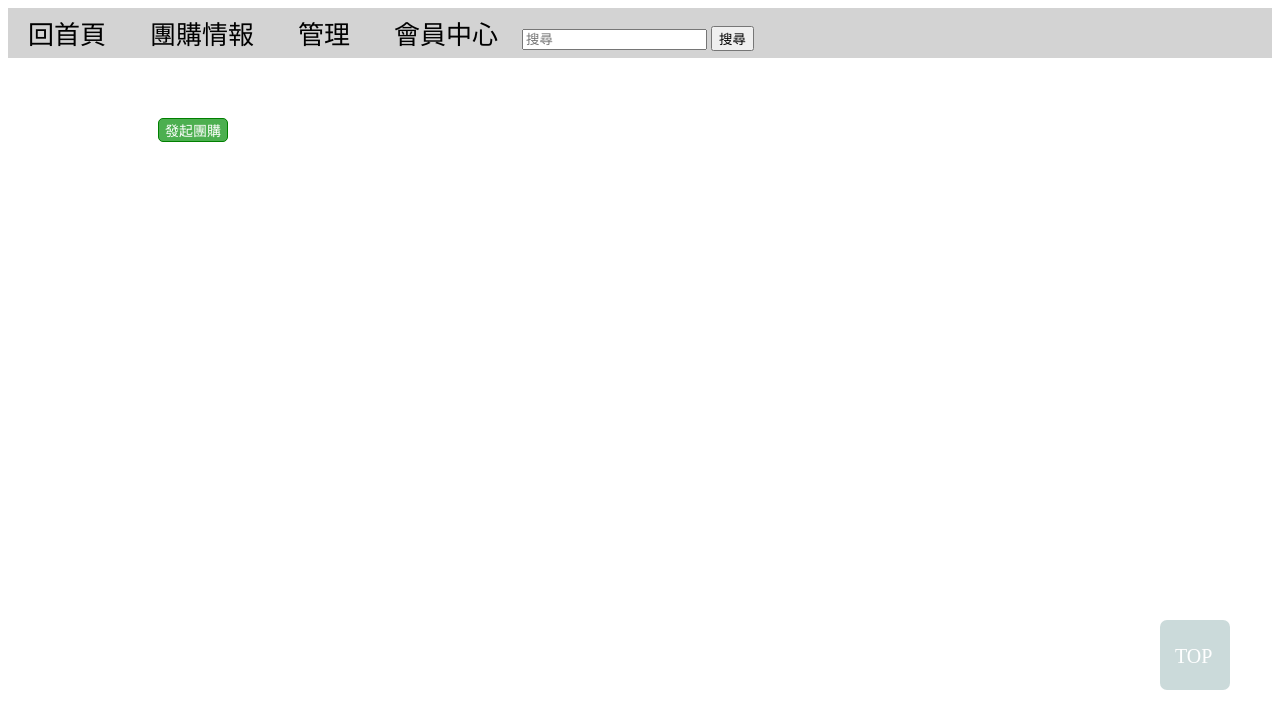
Repository: irlmpbfhvf2009/2021-09-17-Pro2-MVC
Page: http://localhost/Groupon/Intelligence.jsp
An editor plug-in stored every save of this project. The page is shown before and after the next save, followed by the edit.
The browser window is 1280 px wide. The pictures show the whole page.
The page is served by Tomcat 9. Queries for data that is not in the repository find no rows.

Above is the page before, as saved 2021-09-16 08:02:43.

After the next save:
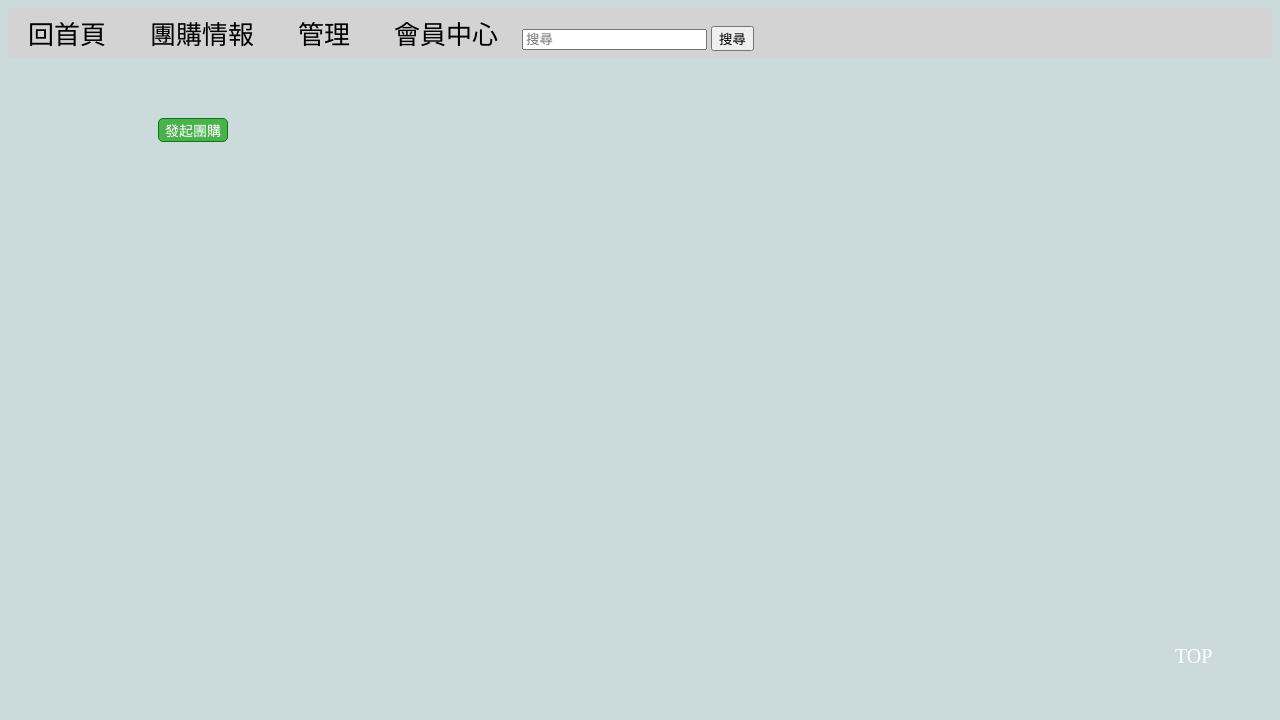
Saved 7 min 19 s later.
--- a/Groupon/src/main/webapp/Intelligence.jsp
+++ b/Groupon/src/main/webapp/Intelligence.jsp
@@ -10,6 +10,7 @@
 <meta charset="UTF-8">
 <title>團購情報</title>
 <link rel="stylesheet" href="style.css">
+
 </head>
 <body>
     <nav>
--- a/Groupon/src/main/webapp/style.css
+++ b/Groupon/src/main/webapp/style.css
@@ -103,3 +103,10 @@ input[type="file"] {
         * {
             box-sizing: border-box;
         }
+            body {
+      font-family: "微軟正黑體";
+      background-color: rgb(203, 218, 218);
+      align-items: center;
+      justify-content: center;
+      position: relative;
+    }
